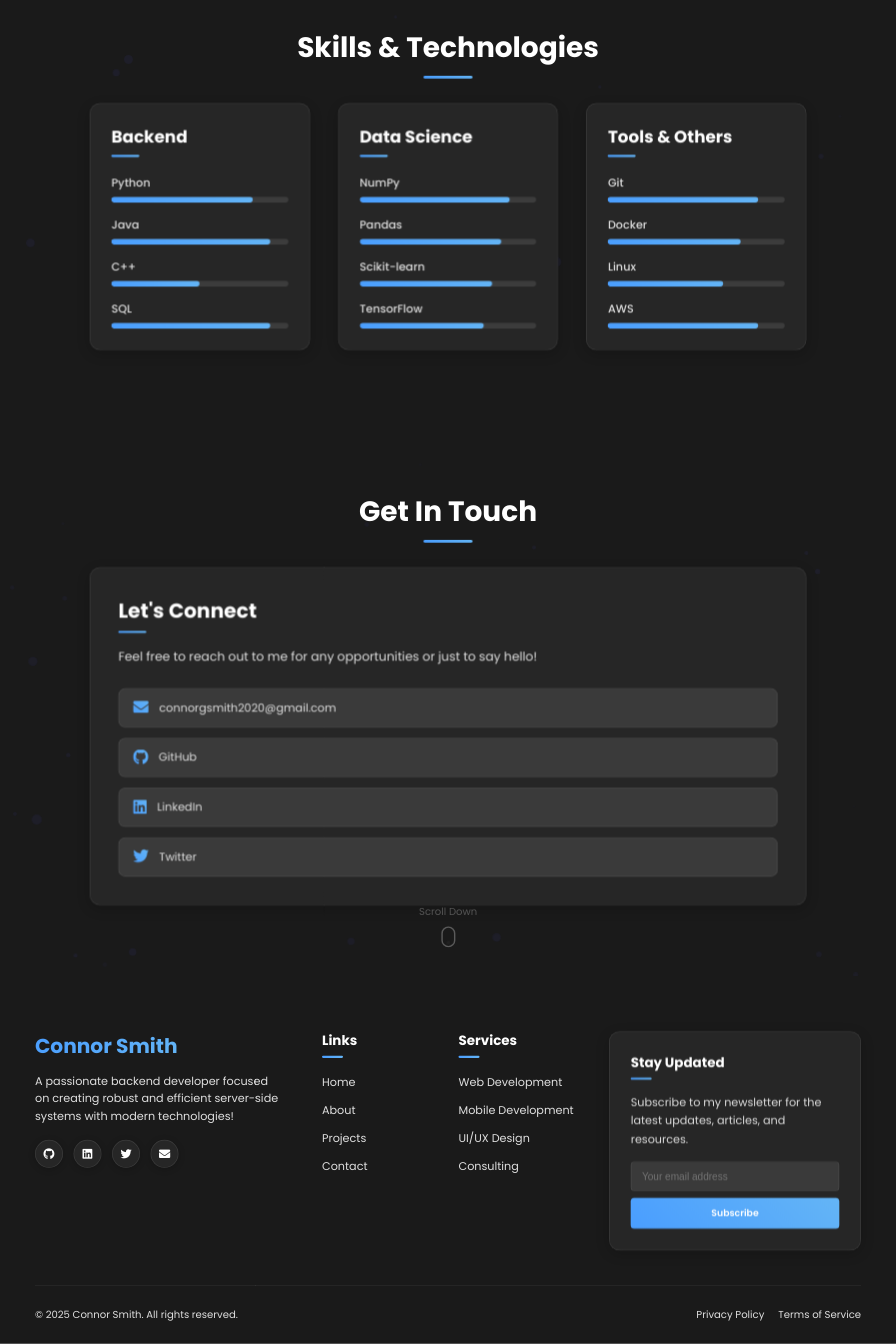
Repository: connorGS9/portfolio-website
Page: /
These files come from the project's save history. The page is drawn as it stood at one moment and after the next save; the edit follows.
The browser window is 1280 px wide. The pictures show the part of the page from y = 1755 to 3675 px (the page is 3675 px tall), at 70% of full size.
The project was rebuilt for these pictures with package versions that can differ from the ones it lists, and the page was loaded fresh each time.

Above is the page before, as saved 2025-06-04 23:11:21.

After the next save:
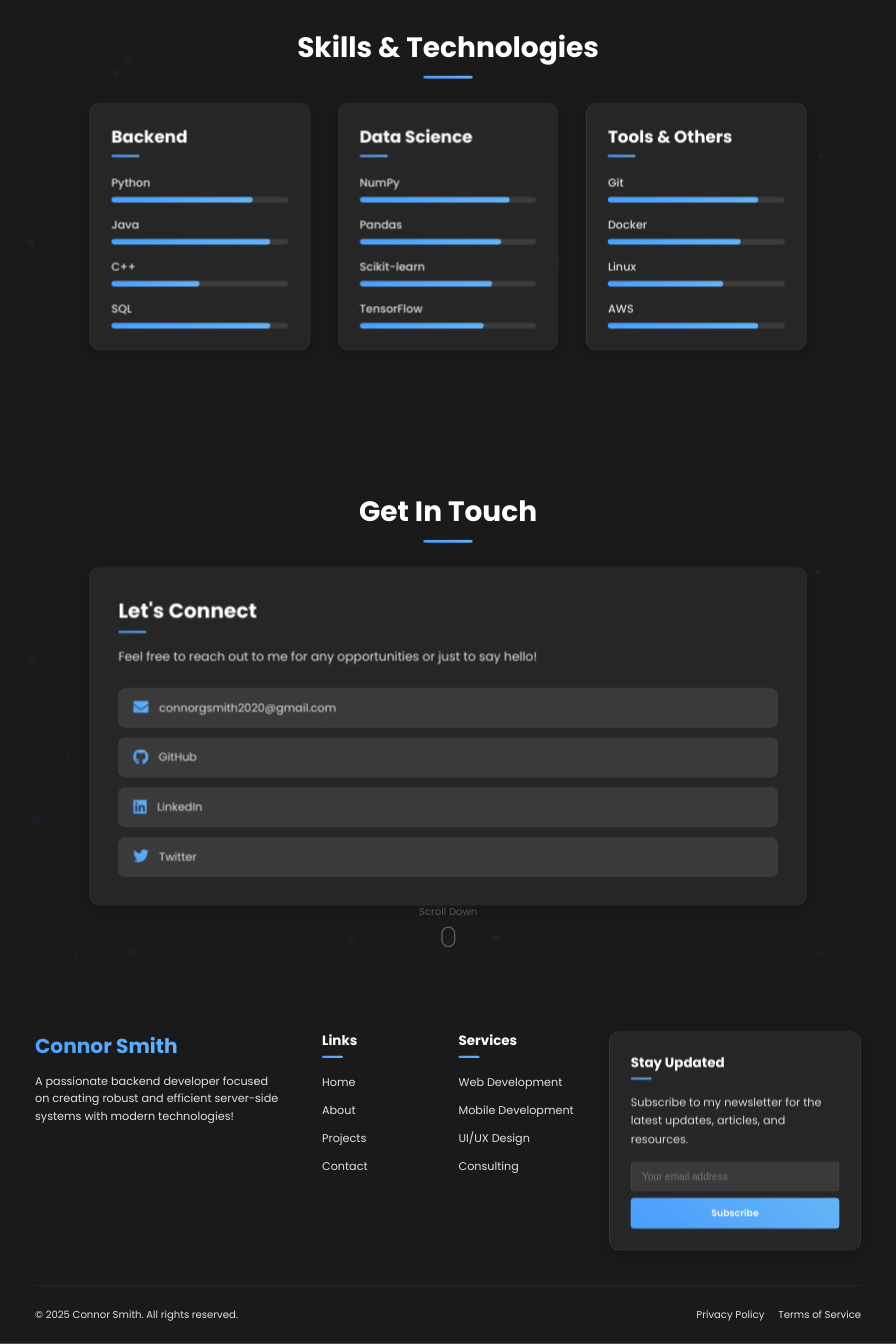
Saved 11 s later.
--- a/src/components/Footer.jsx
+++ b/src/components/Footer.jsx
@@ -14,38 +14,6 @@ const Footer = () => {
             <p className="footer__description">
               A passionate backend developer focused on creating robust and efficient server-side systems with modern technologies!
             </p>
-            <div className="footer__social">
-              <a
-                href="https://github.com/connorGS9"
-                target="_blank"
-                rel="noopener noreferrer"
-                aria-label="GitHub Profile"
-              >
-                <i className="fab fa-github"></i>
-              </a>
-              <a
-                href="https://www.linkedin.com/in/connor-smith-6857b22b5/"
-                target="_blank"
-                rel="noopener noreferrer"
-                aria-label="LinkedIn Profile"
-              >
-                <i className="fab fa-linkedin"></i>
-              </a>
-              <a
-                href="https://x.com/CS2355324"
-                target="_blank"
-                rel="noopener noreferrer"
-                aria-label="X Profile"
-              >
-                <i className="fab fa-twitter"></i>
-              </a>
-              <a
-                href="mailto:connorgsmith2020@gmail.com"
-                aria-label="Email Contact"
-              >
-                <i className="fas fa-envelope"></i>
-              </a>
-            </div>
           </div>
 
           <div className="footer__links">
